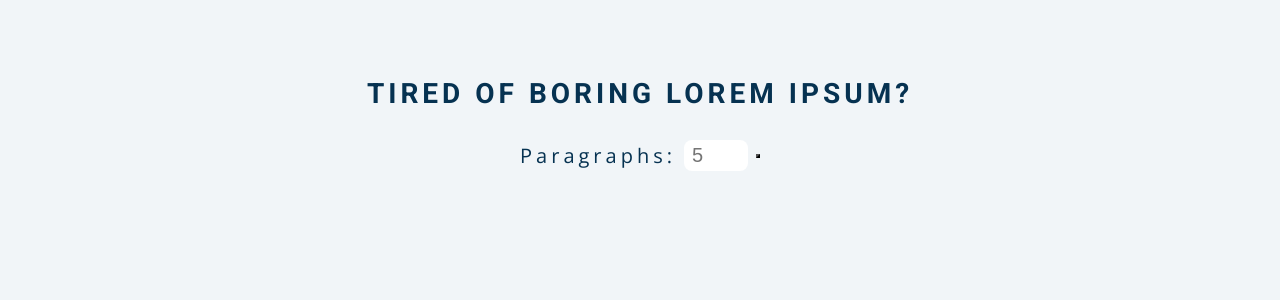
Repository: spidero7/Lorem-Ipsum-Generator
Page: index.html
These files come from the project's save history. The page is drawn as it stood at one moment and after the next save; the edit follows.
The browser window is 1280 px wide. The pictures show the whole page.

Above is the page before, as saved 2021-10-21 07:12:12.

### index.html
<!DOCTYPE html>
<html lang="en">
  <head>
    <meta charset="UTF-8" />
    <meta name="viewport" content="width=device-width, initial-scale=1.0" />
    <title>Lorem Ipsum</title>

    <!-- styles -->
    <link rel="stylesheet" href="styles.css" />
  </head>
  <body>
    <section class="section-center">
      <h3>tired of boring lorem ipsum?</h3>
      <form class="lorem-form">
        <label for="amount">paragraphs:</label>
        <input type="number" name="amout" id="amount" placeholder="5"/>
        <button type="submit"></button>
      </form>
    </section>
    <!-- javascript -->
    <script src="app.js"></script>
  </body>
</html>

### styles.css
/*
===============
Fonts
===============
*/
@import url("https://fonts.googleapis.com/css?family=Open+Sans|Roboto:400,700&display=swap");

/*
===============
Variables
===============
*/

:root {
  /* dark shades of primary color*/
  --clr-primary-1: hsl(205, 86%, 17%);
  --clr-primary-2: hsl(205, 77%, 27%);
  --clr-primary-3: hsl(205, 72%, 37%);
  --clr-primary-4: hsl(205, 63%, 48%);
  /* primary/main color */
  --clr-primary-5: #49a6e9;
  /* lighter shades of primary color */
  --clr-primary-6: hsl(205, 89%, 70%);
  --clr-primary-7: hsl(205, 90%, 76%);
  --clr-primary-8: hsl(205, 86%, 81%);
  --clr-primary-9: hsl(205, 90%, 88%);
  --clr-primary-10: hsl(205, 100%, 96%);
  /* darkest grey - used for headings */
  --clr-grey-1: hsl(209, 61%, 16%);
  --clr-grey-2: hsl(211, 39%, 23%);
  --clr-grey-3: hsl(209, 34%, 30%);
  --clr-grey-4: hsl(209, 28%, 39%);
  /* grey used for paragraphs */
  --clr-grey-5: hsl(210, 22%, 49%);
  --clr-grey-6: hsl(209, 23%, 60%);
  --clr-grey-7: hsl(211, 27%, 70%);
  --clr-grey-8: hsl(210, 31%, 80%);
  --clr-grey-9: hsl(212, 33%, 89%);
  --clr-grey-10: hsl(210, 36%, 96%);
  --clr-white: #fff;
  --clr-red-dark: hsl(360, 67%, 44%);
  --clr-red-light: hsl(360, 71%, 66%);
  --clr-green-dark: hsl(125, 67%, 44%);
  --clr-green-light: hsl(125, 71%, 66%);
  --clr-black: #222;
  --ff-primary: "Roboto", sans-serif;
  --ff-secondary: "Open Sans", sans-serif;
  --transition: all 0.3s linear;
  --spacing: 0.25rem;
  --radius: 0.5rem;
  --light-shadow: 0 5px 15px rgba(0, 0, 0, 0.1);
  --dark-shadow: 0 5px 15px rgba(0, 0, 0, 0.2);
  --max-width: 1170px;
  --fixed-width: 620px;
}
/*
===============
Global Styles
===============
*/

*,
::after,
::before {
  margin: 0;
  padding: 0;
  box-sizing: border-box;
}
body {
  font-family: var(--ff-secondary);
  background: var(--clr-grey-10);
  color: var(--clr-grey-1);
  line-height: 1.5;
  font-size: 0.875rem;
}
ul {
  list-style-type: none;
}
a {
  text-decoration: none;
}
img:not(.logo) {
  width: 100%;
}
img {
  display: block;
}

h1,
h2,
h3,
h4 {
  letter-spacing: var(--spacing);
  text-transform: capitalize;
  line-height: 1.25;
  margin-bottom: 0.75rem;
  font-family: var(--ff-primary);
}
h1 {
  font-size: 3rem;
}
h2 {
  font-size: 2rem;
}
h3 {
  font-size: 1.25rem;
}
h4 {
  font-size: 0.875rem;
}
p {
  margin-bottom: 1.25rem;
  color: var(--clr-grey-5);
}
@media screen and (min-width: 800px) {
  h1 {
    font-size: 4rem;
  }
  h2 {
    font-size: 2.5rem;
  }
  h3 {
    font-size: 1.75rem;
  }
  h4 {
    font-size: 1rem;
  }
  body {
    font-size: 1rem;
  }
  h1,
  h2,
  h3,
  h4 {
    line-height: 1;
  }
}
/*  global classes */

.btn {
  text-transform: uppercase;
  background: var(--clr-primary-5);
  color: var(--clr-primary-1);
  padding: 0.375rem 0.75rem;
  letter-spacing: 1px;
  display: inline-block;
  transition: var(--transition);
  font-size: 0.875rem;
  border: 2px solid var(--clr-primary-5);
  cursor: pointer;
  box-shadow: 0 1px 3px rgba(0, 0, 0, 0.2);
  border-radius: var(--radius);
}
.btn:hover {
  color: var(--clr-primary-5);
  background: var(--clr-primary-8);
  border-color: var(--clr-primary-8);
}
/* section */
.section {
  padding: 5rem 0;
}

.section-center {
  width: 90vw;
  margin: 0 auto;
  max-width: 40rem;
  margin-top: 5rem;
  text-align: center;
}
@media screen and (min-width: 992px) {
  .section-center {
    width: 95vw;
  }
}
main {
  min-height: 100vh;
  display: grid;
  place-items: center;
}
/*
===============
Lorem Ipsum
===============
*/
h3 {
  text-transform: uppercase;
  color: var(--clr-primary-1);
}
.lorem-form {
  text-transform: capitalize;
  letter-spacing: var(--spacing);
  margin-top: 2rem;
  margin-bottom: 4rem;
  display: flex;
  justify-content: center;
  align-items: center;
}
label {
  font-size: 1.25rem;
  color: var(--clr-primary-1);
}
input {
  padding: 0.25rem 0.5rem;

  width: 4rem;
  border-radius: var(--radius);
  border: none;
  margin: 0 0.5rem;
  font-size: 1.25rem;
}
button {
  background: var(--clr-primary-10);
}
.result {
  margin-bottom: 2rem;
}

Loaded but not shown: app.js (library)

After the next save:
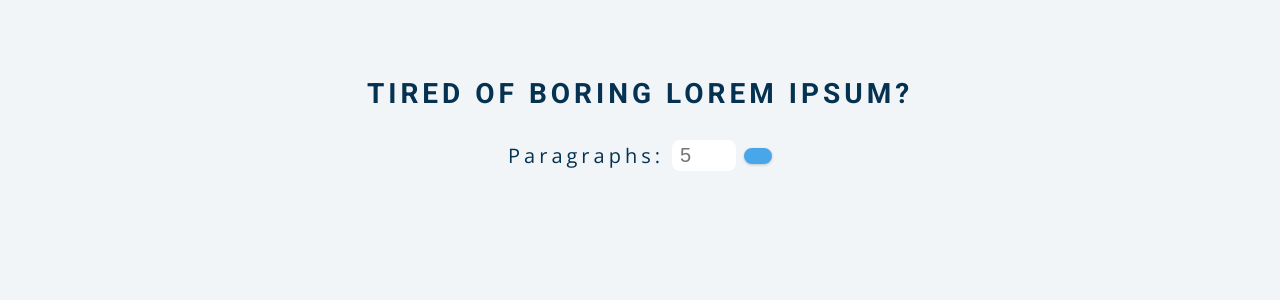
Saved 8 s later.
--- a/index.html
+++ b/index.html
@@ -14,7 +14,7 @@
       <form class="lorem-form">
         <label for="amount">paragraphs:</label>
         <input type="number" name="amout" id="amount" placeholder="5"/>
-        <button type="submit"></button>
+        <button type="submit" class="btn"></button>
       </form>
     </section>
     <!-- javascript -->
